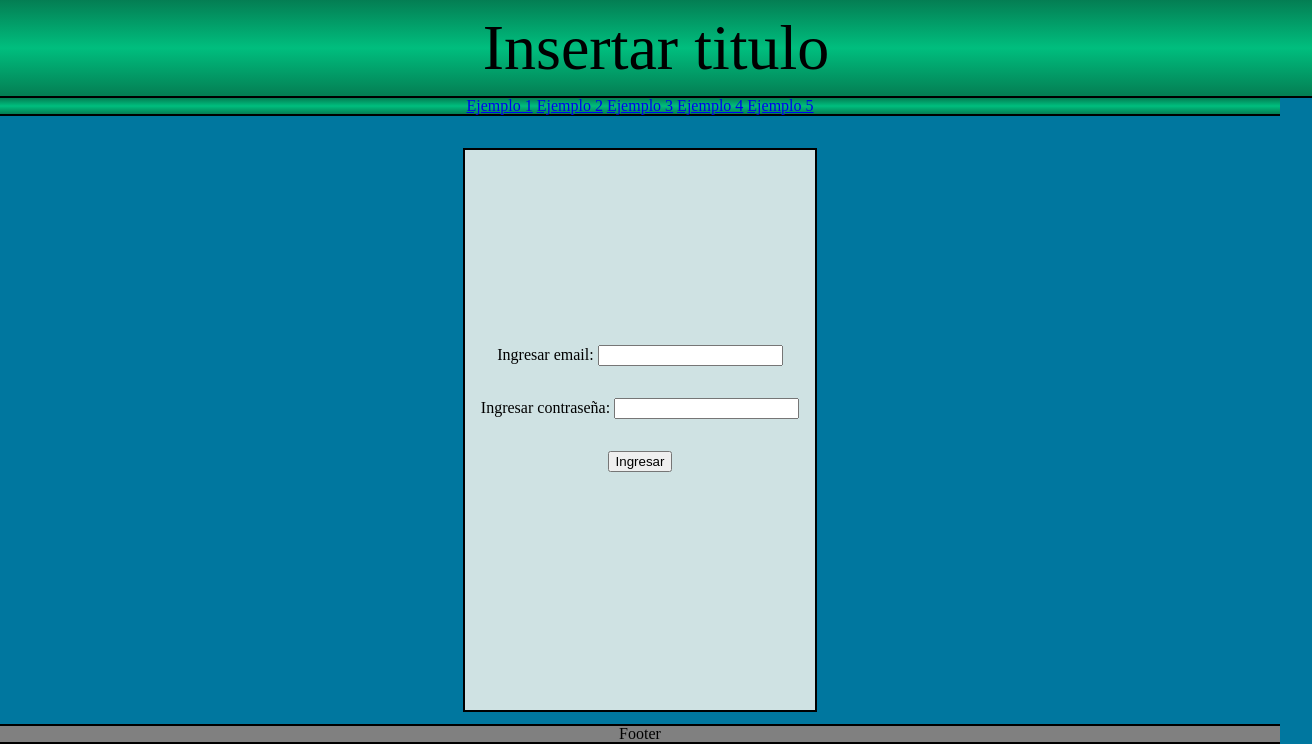
Repository: FacundoKinderknecht/Parcial-2-LPPA
Page: login/login.html
The author's editor kept a copy of each file at every save. The page is drawn from the files as they stood at one save, then again after the next save.
The browser window is 1280 px wide. The page is 1312 px wide, so the pictures cover 1312 px, including what lies to the right of the window. The pictures show the whole page.

Above is the page before, as saved 2022-07-06 10:34:58.

### login/login.html
<!DOCTYPE html>
<html lang="en">
<head>
    <meta charset="UTF-8">
    <meta http-equiv="X-UA-Compatible" content="IE=edge">
    <meta name="viewport" content="width=device-width, initial-scale=1.0">
    <title>Document</title>
    <link rel="stylesheet" href="/reset.css">
    <link rel="stylesheet" href="/login/login.css">
    <script src="/login/login.js"></script>
</head>
<body>
    <header>
        <h1>Insertar titulo</h1>
    </header>
    <nav>
        <li>
            <a href="#">Ejemplo 1</a>
            <a href="#">Ejemplo 2</a>
            <a href="#">Ejemplo 3</a>
            <a href="#">Ejemplo 4</a>
            <a href="#">Ejemplo 5</a>
        </li>
    </nav>
    <main>
        <form>
            <div class="email">
                <label for="email">Ingresar email:</label>
                <input type="text" name="email" id="email">
            </div>
            <div class="contraseña">
                <label for="contraseña">Ingresar contraseña:</label>
                <input type="password" name="contraseña" id="contraseña">
            </div>
            <div class="boton">
                <input type="submit" value="Ingresar">
            </div>
        </form>
    </main>
    <footer>
        <p>Footer</p>
    </footer>
</body>
</html>

### login/login.css
header{
    width: 100%;
    border-bottom: black 2px solid;
    padding: 1rem;
    font-size: 400%;
    background: linear-gradient(to top, rgb(4, 126, 83), rgb(0, 190, 126), rgb(4, 126, 83));
}
nav{
    background: linear-gradient(to top, rgb(4, 126, 83), rgb(0, 190, 126), rgb(4, 126, 83));
    display: block;
    border-bottom: black 2px solid;
    text-decoration: none;
}
li{
    text-decoration: none;
    list-style: none;
    color: black;
}
body{
    background-color: rgb(0, 119, 159);
    height: 100%;
    align-items: center;
    text-align: center;
    margin: 0;
}
main{
    display: inline-block;
    width: 70%;
    padding: 2rem;
    height: 34rem;
}
form{
    display: inline-block;
    background-color: rgb(207, 226, 227);  border: black solid 2px;
    padding-top: 20%;
    height: 70%;
    align-items: center;
    text-align: center;
}
div{
    align-items:center;
    padding: 1rem;
}
footer{
    border-top: 2px solid black;
    border-bottom: 2px solid black;
    background-color: grey;
    bottom: 0;
    width: 100%;
}

Loaded but not shown: reset.css (common file); login/login.js (no stored copy; drawn as an empty file)

After the next save:
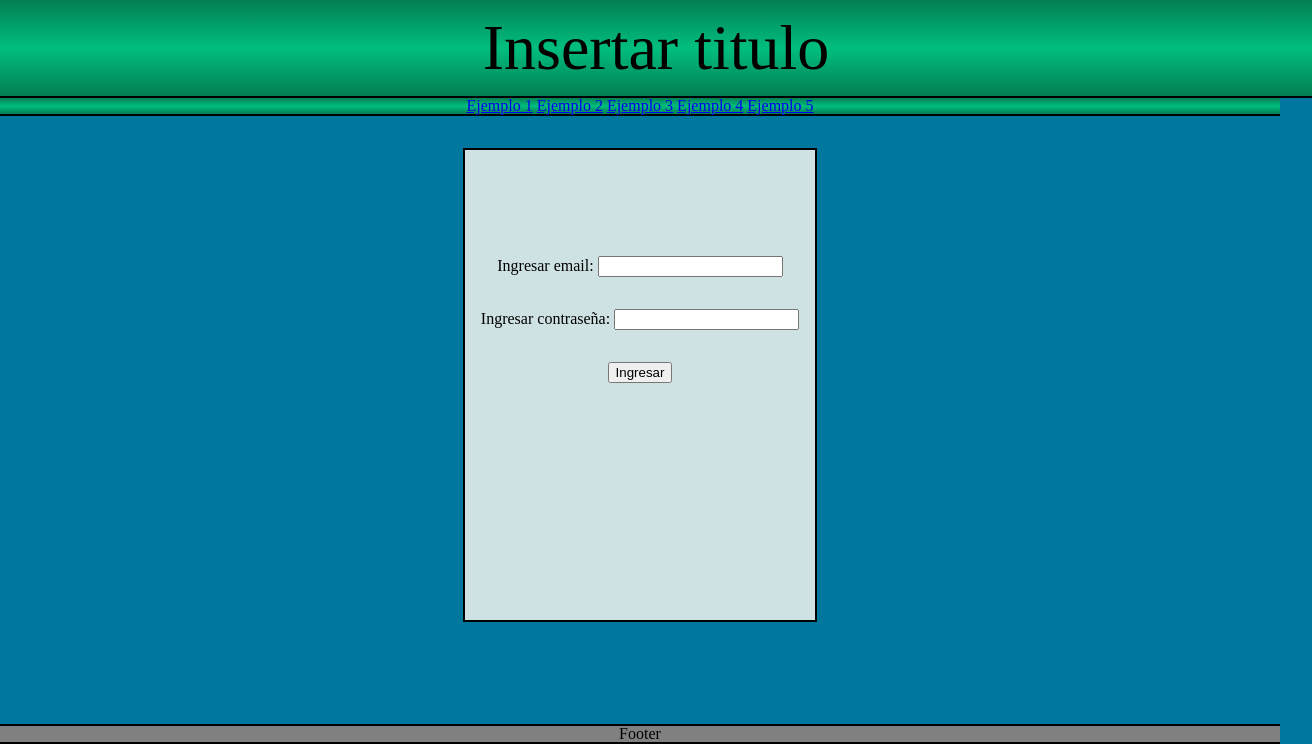
Saved 4 s later.
--- a/login/login.css
+++ b/login/login.css
@@ -32,7 +32,7 @@ main{
 form{
     display: inline-block;
     background-color: rgb(207, 226, 227);  border: black solid 2px;
-    padding-top: 20%;
+    padding-top: 10%;
     height: 70%;
     align-items: center;
     text-align: center;
